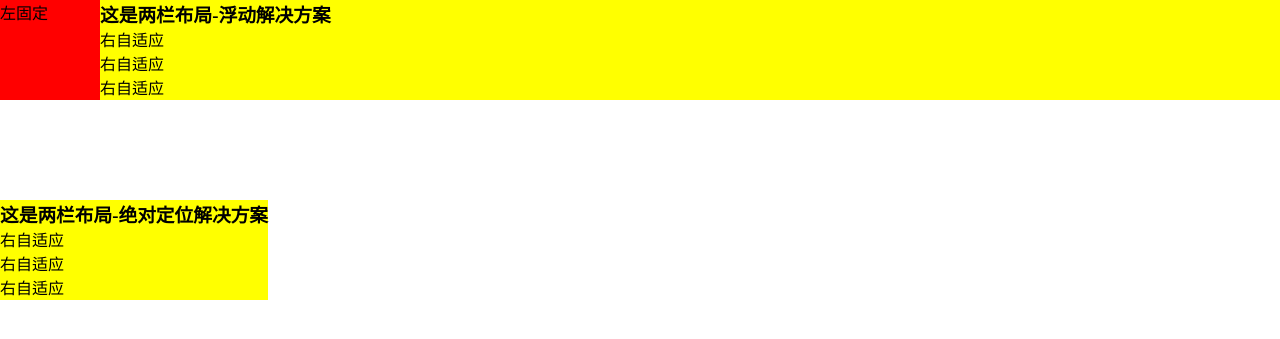
Repository: Qianfane/Blog
Page: 面试相关/测试/2-1、两栏布局-左固定右自适应.html
An editor plug-in stored every save of this project. The page is shown before and after the next save, followed by the edit.
The browser window is 1280 px wide. The pictures show the whole page.

Above is the page before, as saved 2022-01-03 16:08:25.

### 面试相关/测试/2-1、两栏布局-左固定右自适应.html
<!DOCTYPE html>
<html lang="en">

<head>
    <meta charset="UTF-8">
    <meta http-equiv="X-UA-Compatible" content="IE=edge">
    <meta name="viewport" content="width=device-width, initial-scale=1.0">
    <title>2-1、两栏布局-左固定右自适应</title>
    <style>
        html * {
            padding: 0;
            margin: 0;
        }

        .layout {
            margin-bottom: 20px;
        }

        .layout div {
            min-height: 100px;
        }
    </style>
</head>

<body>
    <!-- 浮动解决方案 -->
    <section class="layout float">
        <style>
            .layout.float .left {
                float: left;

                width: 100px;
                background: red;
            }

            .layout.float .right {
                background: yellow;
            }
        </style>
        <article class="left-right">
            <div class="left">左固定</div>
            <div class="right">
                <h1>这是两栏布局-浮动解决方案</h1>
                <p>右自适应</p>
                <p>右自适应</p>
                <p>右自适应</p>
            </div>
        </article>
    </section>

    <!-- 绝对定位解决方案 -->
    <section class="layout absolute">
        <style>
            .layout.absolute {
                margin-top: 100px;
            }
            .layout.absolute .left {
                position: absolute;

                width: 100px;
                background: red;
            }

            .layout.absolute .right {
                position: absolute;

                background: yellow;
            }
        </style>
        <article class="left-right">
            <div class="left">左固定</div>
            <div class="right">
                <h1>这是两栏布局-绝对定位解决方案</h1>
                <p>右自适应</p>
                <p>右自适应</p>
                <p>右自适应</p>
            </div>
        </article>
    </section>
</body>

</html>

After the next save:
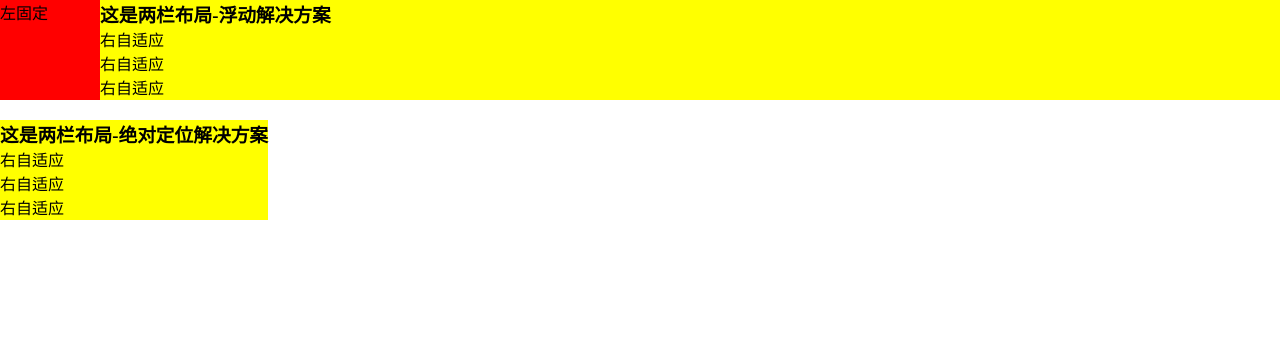
Saved 9 s later.
--- a/面试相关/测试/2-1、两栏布局-左固定右自适应.html
+++ b/面试相关/测试/2-1、两栏布局-左固定右自适应.html
@@ -52,7 +52,7 @@
     <section class="layout absolute">
         <style>
             .layout.absolute {
-                margin-top: 100px;
+                /* margin-top: 100px; */
             }
             .layout.absolute .left {
                 position: absolute;
